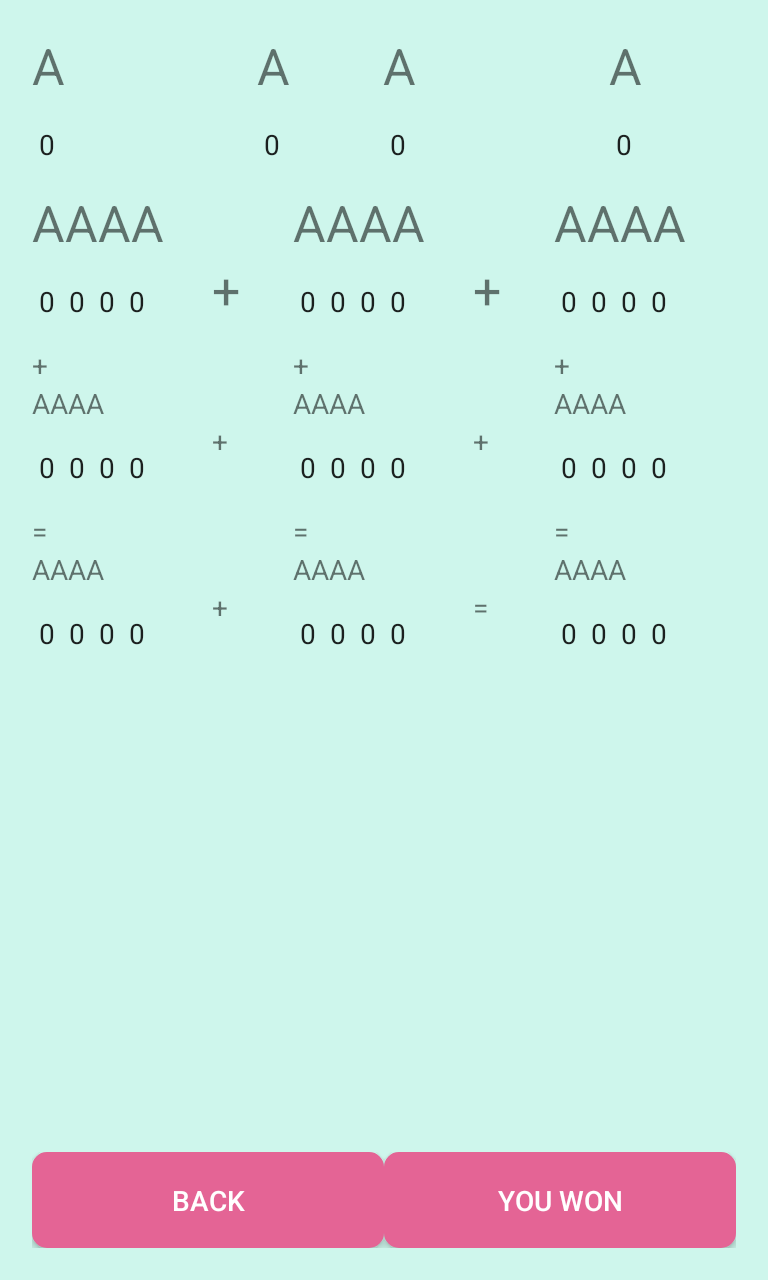
Repository: jelleswester/Breinbreker
Layout: Breinbreker/res/layout/activity_game_play.xml
An editor plug-in stored every save of this project. The layout is shown before and after a run of saves, followed by the edit.
It is drawn on a 768 x 1280 px phone screen (xhdpi) without system bars, with theme AppTheme; the app's code is not run.

Above is the layout before, as saved 2015-01-23 09:11:11.

After the next 2 saves:
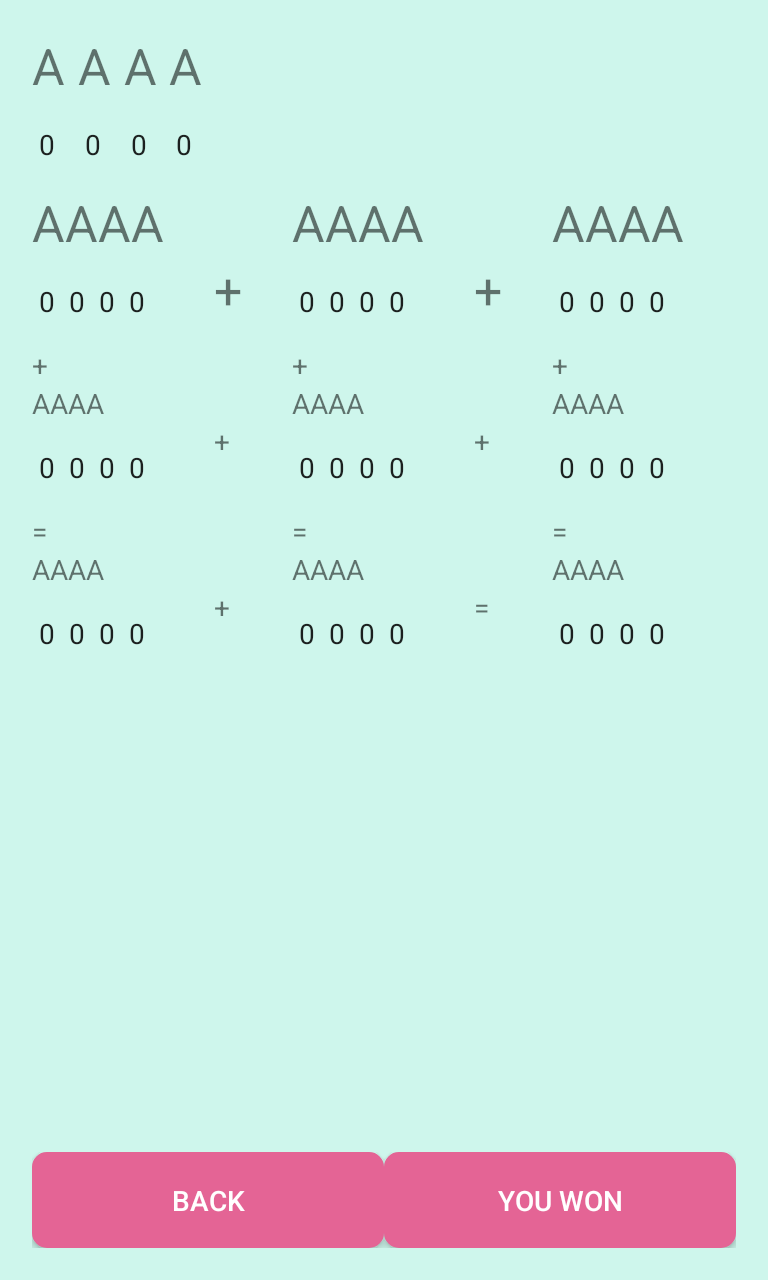
The 2 saves are shown as one change because 1 did not build or start.
The last was saved 86 s later.
--- a/Breinbreker/res/layout/activity_game_play.xml
+++ b/Breinbreker/res/layout/activity_game_play.xml
@@ -16,68 +16,71 @@
 
         <TableRow>
             <LinearLayout
-                android:layout_width="fill_parent"
-                android:layout_height="wrap_content"
-                android:layout_weight="1"
-                android:orientation="vertical">
-
-                <TextView
-                    android:layout_width="wrap_content"
-                    android:layout_height="wrap_content"
-                    android:text="A"
-                    android:textSize="25sp" />
-
-                <NumberPicker
-			        android:layout_width="30px"
-			        android:layout_height="90px" />
-            </LinearLayout>
-            <LinearLayout
-                android:layout_width="fill_parent"
-                android:layout_height="wrap_content"
-                android:layout_weight="1"
-                android:orientation="vertical">
-
-                <TextView
-                    android:layout_width="wrap_content"
-                    android:layout_height="wrap_content"
-                    android:text="A"
-                    android:textSize="25sp" />
-
-                <NumberPicker
-			        android:layout_width="30px"
-			        android:layout_height="90px" />
-            </LinearLayout>
-            <LinearLayout
-                android:layout_width="fill_parent"
-                android:layout_height="wrap_content"
-                android:layout_weight="1"
-                android:orientation="vertical">
-
-                <TextView
-                    android:layout_width="wrap_content"
-                    android:layout_height="wrap_content"
-                    android:text="A"
-                    android:textSize="25sp" />
-
-                <NumberPicker
-			        android:layout_width="30px"
-			        android:layout_height="90px" />
-            </LinearLayout>
-            <LinearLayout
-                android:layout_width="fill_parent"
-                android:layout_height="wrap_content"
-                android:layout_weight="1"
-                android:orientation="vertical">
-
-                <TextView
-                    android:layout_width="wrap_content"
-                    android:layout_height="wrap_content"
-                    android:text="A"
-                    android:textSize="25sp" />
-
-                <NumberPicker
-			        android:layout_width="30px"
-			        android:layout_height="90px" />
+                android:layout_width="wrap_content" >
+	            <LinearLayout
+	                android:layout_width="fill_parent"
+	                android:layout_height="wrap_content"
+	                android:layout_weight="1"
+	                android:orientation="vertical">
+
+	                <TextView
+	                    android:layout_width="wrap_content"
+	                    android:layout_height="wrap_content"
+	                    android:text="A"
+	                    android:textSize="25sp" />
+
+	                <NumberPicker
+				        android:layout_width="30px"
+				        android:layout_height="90px" />
+	            </LinearLayout>
+	            <LinearLayout
+	                android:layout_width="fill_parent"
+	                android:layout_height="wrap_content"
+	                android:layout_weight="1"
+	                android:orientation="vertical">
+
+	                <TextView
+	                    android:layout_width="wrap_content"
+	                    android:layout_height="wrap_content"
+	                    android:text="A"
+	                    android:textSize="25sp" />
+
+	                <NumberPicker
+				        android:layout_width="30px"
+				        android:layout_height="90px" />
+	            </LinearLayout>
+	            <LinearLayout
+	                android:layout_width="fill_parent"
+	                android:layout_height="wrap_content"
+	                android:layout_weight="1"
+	                android:orientation="vertical">
+
+	                <TextView
+	                    android:layout_width="wrap_content"
+	                    android:layout_height="wrap_content"
+	                    android:text="A"
+	                    android:textSize="25sp" />
+
+	                <NumberPicker
+				        android:layout_width="30px"
+				        android:layout_height="90px" />
+	            </LinearLayout>
+	            <LinearLayout
+	                android:layout_width="fill_parent"
+	                android:layout_height="wrap_content"
+	                android:layout_weight="1"
+	                android:orientation="vertical">
+
+	                <TextView
+	                    android:layout_width="wrap_content"
+	                    android:layout_height="wrap_content"
+	                    android:text="A"
+	                    android:textSize="25sp" />
+
+	                <NumberPicker
+				        android:layout_width="30px"
+				        android:layout_height="90px" />
+	            </LinearLayout>
             </LinearLayout>
         </TableRow>
 
